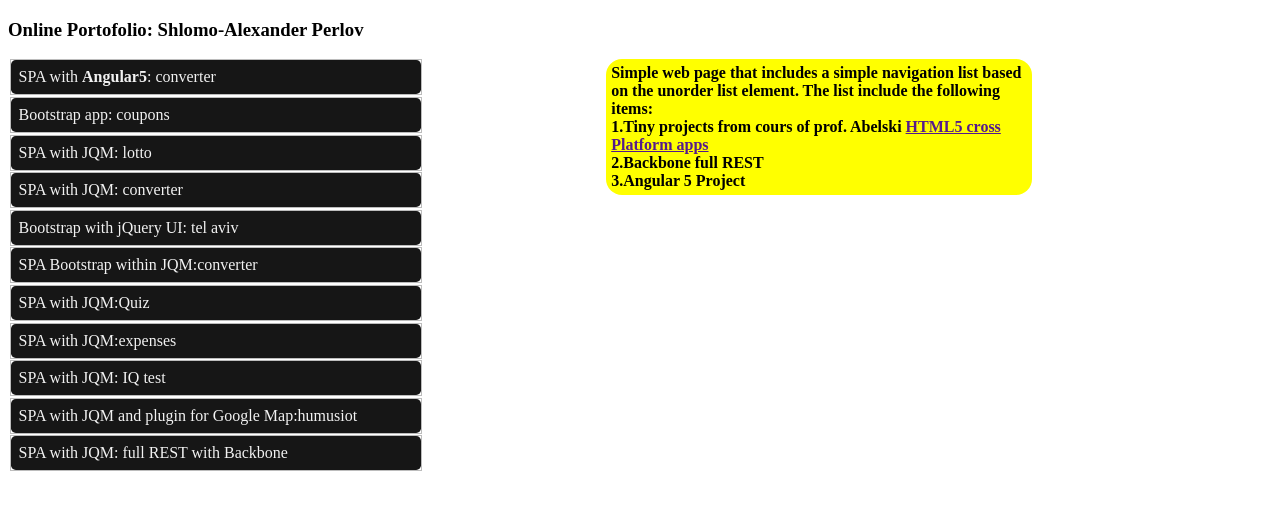
Repository: perlov3301/nav
Page: public/fver/a18h.html
The author's editor kept a record of every edit. The page is drawn from the files as they stood at one moment, then again after the next edit.
The browser window is 1280 px wide. The pictures show the whole page.

Above is the page before.

After the next edit:
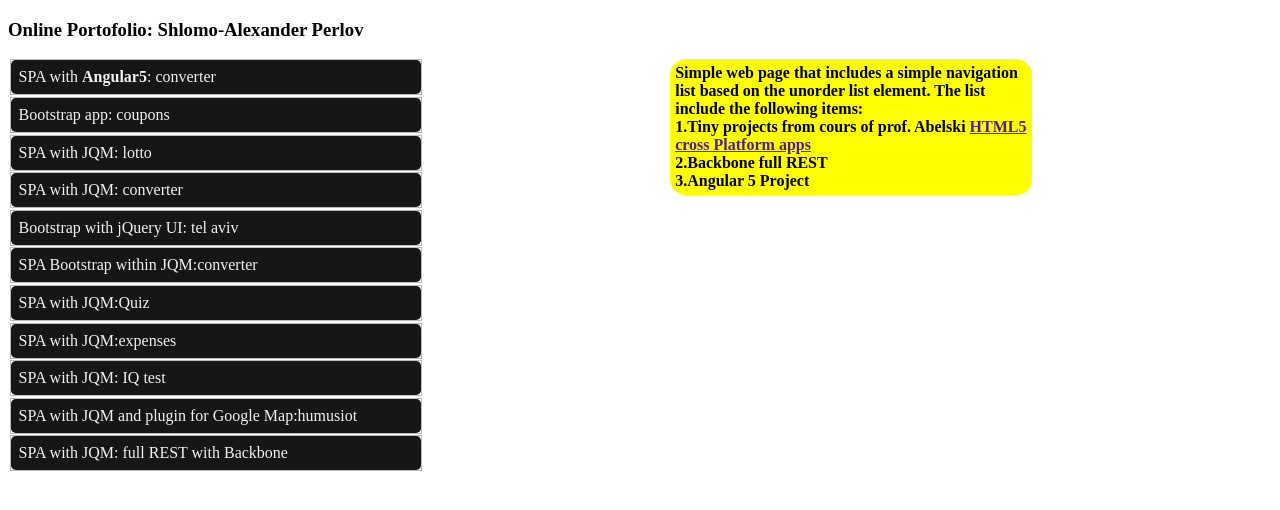
The edit:
--- a/public/fver/a18c.css
+++ b/public/fver/a18c.css
@@ -88,7 +88,7 @@
 div.ascroll
  {
   background-color: yellow;
-  width: 26em;
+  width: 22em;
   height: auto;
   overflow: auto;
   border: 0;
